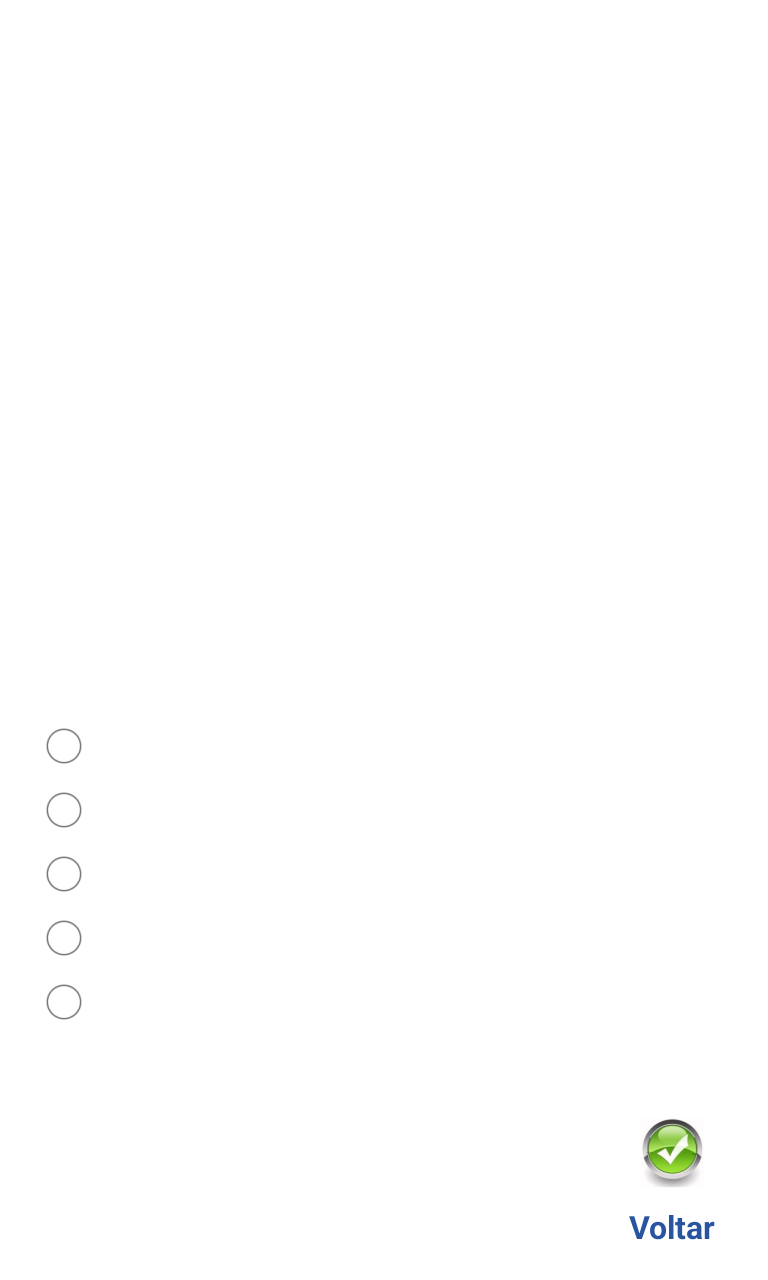
Repository: lmqs/ProjetoDisciplinaTopicos
Layout: TopicosProjetoAndroid/res/layout/activity_questoes_detalhadas.xml
The author's editor kept a copy of each file at every save. The layout is drawn from the files as they stood at one save, then again after the next save.
It is drawn on a 768 x 1280 px phone screen (xhdpi) without system bars, with theme AppTheme; the app's code is not run.

Above is the layout before, as saved 2014-05-04 04:20:27.

### TopicosProjetoAndroid/res/layout/activity_questoes_detalhadas.xml
<RelativeLayout xmlns:android="http://schemas.android.com/apk/res/android"
    xmlns:tools="http://schemas.android.com/tools"
    android:layout_width="match_parent"
    android:layout_height="match_parent"
    android:paddingBottom="@dimen/activity_vertical_margin"
    android:paddingLeft="@dimen/activity_horizontal_margin"
    android:paddingRight="@dimen/activity_horizontal_margin"
    android:paddingTop="@dimen/activity_vertical_margin"
    tools:context=".GeracaoProvas" >

    <TextView
        android:id="@+id/txtQuestao"
        android:layout_width="wrap_content"
        android:layout_height="wrap_content"
        android:layout_above="@+id/radioAlternativas"
        android:layout_alignLeft="@+id/radioAlternativas"
        android:layout_alignParentTop="true"
        android:layout_alignRight="@+id/radioAlternativas" />

    <RadioGroup
        android:id="@+id/radioAlternativas"
        android:layout_width="fill_parent"
        android:layout_height="wrap_content"
        android:layout_alignParentBottom="true"
        android:layout_alignParentRight="true"
        android:layout_marginBottom="57dp"
        android:orientation="vertical"
        android:paddingBottom="50dp" >

        <RadioButton
            android:id="@+id/resp1"
            android:checked="false"
            android:visibility="visible" />

        <RadioButton
            android:id="@+id/resp2"
            android:checked="false" />

        <RadioButton
            android:id="@+id/resp3"
            android:checked="false" />

        <RadioButton
            android:id="@+id/resp4"
            android:checked="false" />

        <RadioButton
            android:id="@+id/resp5"
            android:checked="false" />
    </RadioGroup>

    <Button
        android:id="@+id/BtnFechar"
        style="@style/DashboardButton"
        android:layout_width="wrap_content"
        android:layout_height="wrap_content"
        android:layout_alignParentBottom="true"
        android:layout_alignRight="@+id/radioAlternativas"
        android:background="@android:color/transparent"
        android:drawableTop="@drawable/validar"
        android:onClick="validaQuestao"
        android:text="@string/btnFechar" />

</RelativeLayout>

### TopicosProjetoAndroid/res/values/styles.xml
<resources>

    <!--
        Base application theme, dependent on API level. This theme is replaced
        by AppBaseTheme from res/values-vXX/styles.xml on newer devices.
    -->
    <style name="AppBaseTheme" parent="android:Theme.Light">
        <!--
            Theme customizations available in newer API levels can go in
            res/values-vXX/styles.xml, while customizations related to
            backward-compatibility can go here.
        -->
    </style>

    <!-- Application theme. -->
    <style name="AppTheme" parent="AppBaseTheme">
        <!-- All customizations that are NOT specific to a particular API-level can go here. -->
    </style>

    <style name="DashboardButton">
        <item name="android:layout_gravity">center_vertical</item>
        <item name="android:layout_width">wrap_content</item>
        <item name="android:layout_height">wrap_content</item>
        <item name="android:gravity">center_horizontal</item>
        <item name="android:drawablePadding">2dp</item>
        <item name="android:textSize">16dp</item>
        <item name="android:textStyle">bold</item>
        <item name="android:textColor">#ff29549f</item>
        <item name="android:background">@null</item>
    </style>



</resources>

### TopicosProjetoAndroid/res/values/strings.xml
<?xml version="1.0" encoding="utf-8"?>
<resources>

    <string name="app_name">Questões de Concurso</string>
    <string name="action_settings">Settings</string>
    <string name="hello_world">Hello world!</string>
    <string name="lbltitulo">Questões para concurso</string>
    <string name="btnInciar">Iniciar</string>
    <string name="title_activity_geracao_provas">GeracaoProvas</string>
    <string name="title_activity_questoes">Questões de Concurso</string>
    <string name="radioGrupo"></string>
    <string name="btnvalidar">Validar</string>
    <string name="btnerrar">Errou</string>
    <string name="btnAcerto">Acertou</string>
    <string name="title_activity_resultado_prova">Resultado da Prova</string>
    <string name="title_activity_lista_provas">Lista de Provas</string>
    <string name="btnResultado">Resultados</string>
    <string name="btnInfo">Informações</string>
    <string name="btnMaps">Onde estamos</string>
    <string name="lblPesquisar">Pesquisar</string>
    <string name="lblMarcado">Marcado</string>
    <string name="lblAcerto">Correta</string>
    <string name="lblcodigo">Código</string>
    <string name="lblMedia">Média</string>
    <string name="title_activity_questoes_detalhadas">Questões Detalhadas</string>
    <string name="btnFechar">Voltar</string>

</resources>

Loaded but not shown: TopicosProjetoAndroid/res/values-v11/styles.xml (common file); TopicosProjetoAndroid/res/values-v14/styles.xml (common file); TopicosProjetoAndroid/res/values/dimens.xml (common file)

After the next save:
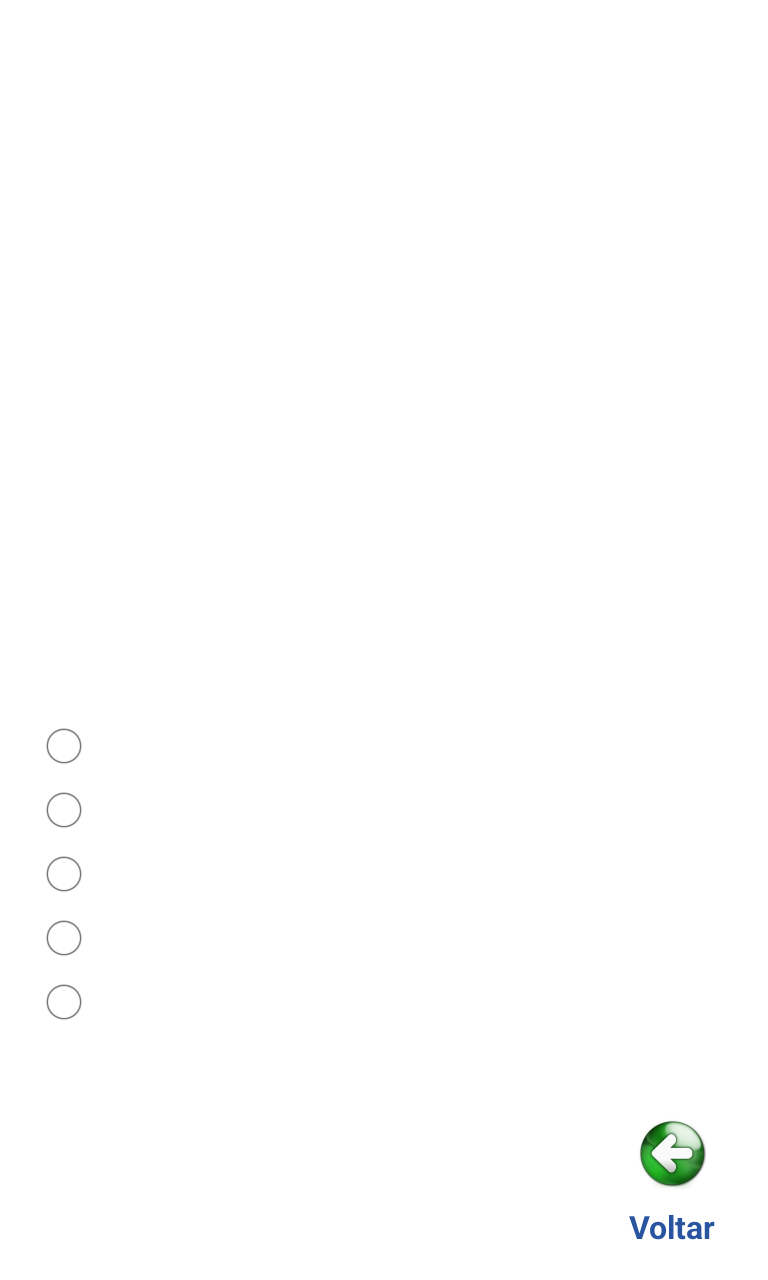
Saved 4 min 13 s later.
--- a/TopicosProjetoAndroid/res/layout/activity_questoes_detalhadas.xml
+++ b/TopicosProjetoAndroid/res/layout/activity_questoes_detalhadas.xml
@@ -57,7 +57,7 @@
         android:layout_alignParentBottom="true"
         android:layout_alignRight="@+id/radioAlternativas"
         android:background="@android:color/transparent"
-        android:drawableTop="@drawable/validar"
+        android:drawableTop="@drawable/voltar"
         android:onClick="validaQuestao"
         android:text="@string/btnFechar" />
 
